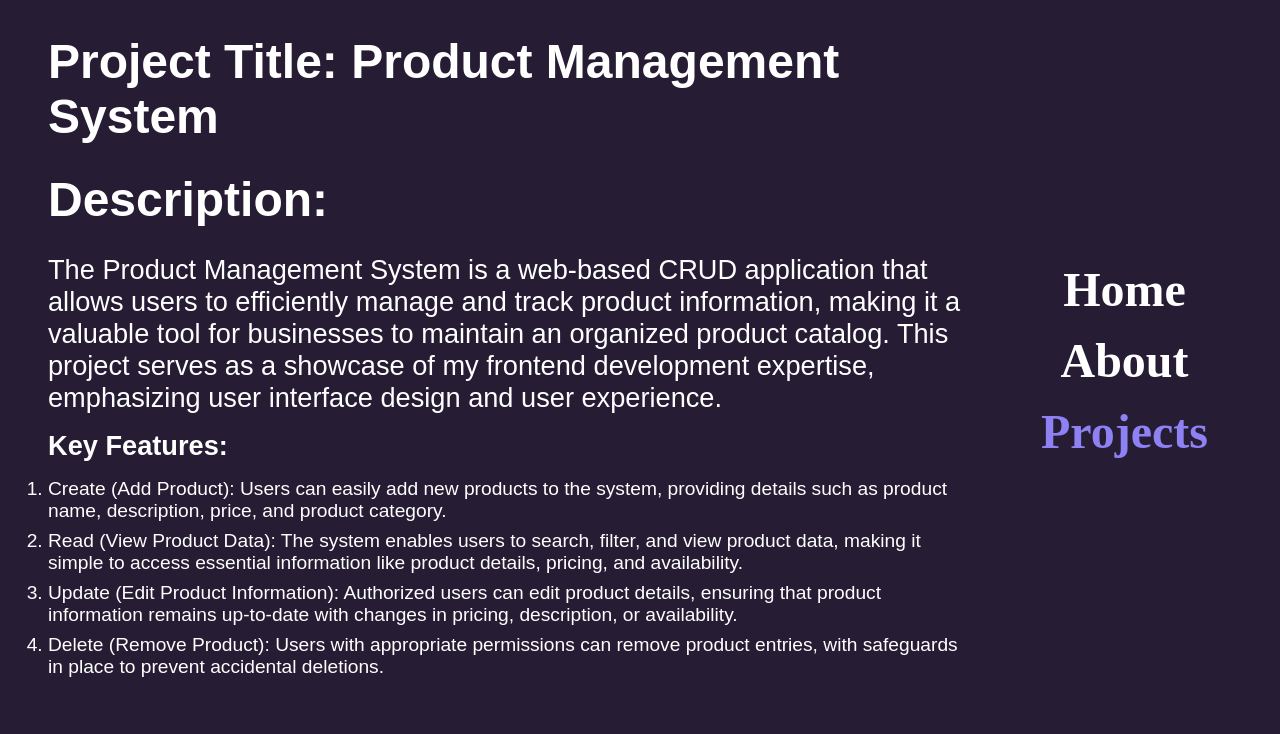
Repository: ahamdy997/portfolio
Page: /projects
An editor plug-in stored every save of this project. The page is shown before and after the next save, followed by the edit.
The browser window is 1280 px wide. The pictures show the whole page.
The project was rebuilt for these pictures with package versions that can differ from the ones it lists, and the page was loaded fresh each time. Also part of the build but not shown: vue.config.js, src/components/HelloWorld.vue, src/views/HomeView.vue.

Above is the page before, as saved 2023-11-06 00:56:27.

After the next save:
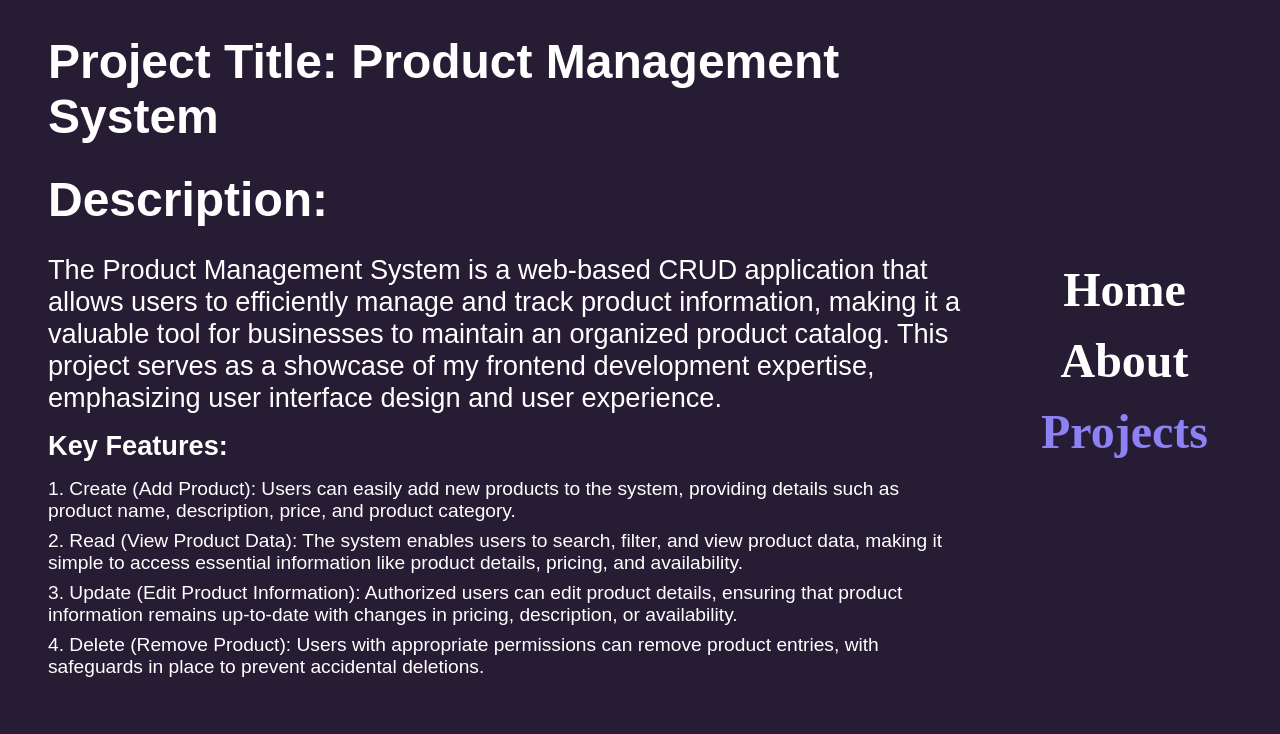
Saved 44 s later.
--- a/src/views/ProjectView.vue
+++ b/src/views/ProjectView.vue
@@ -54,8 +54,8 @@ h3 {
   margin-bottom: 1rem;
   font-size: 1.7rem;
 }
-ul {
-  list-style-position: outside;
+li {
+  list-style-position: inside;
 }
 li {
   font-size: 1.2rem;
